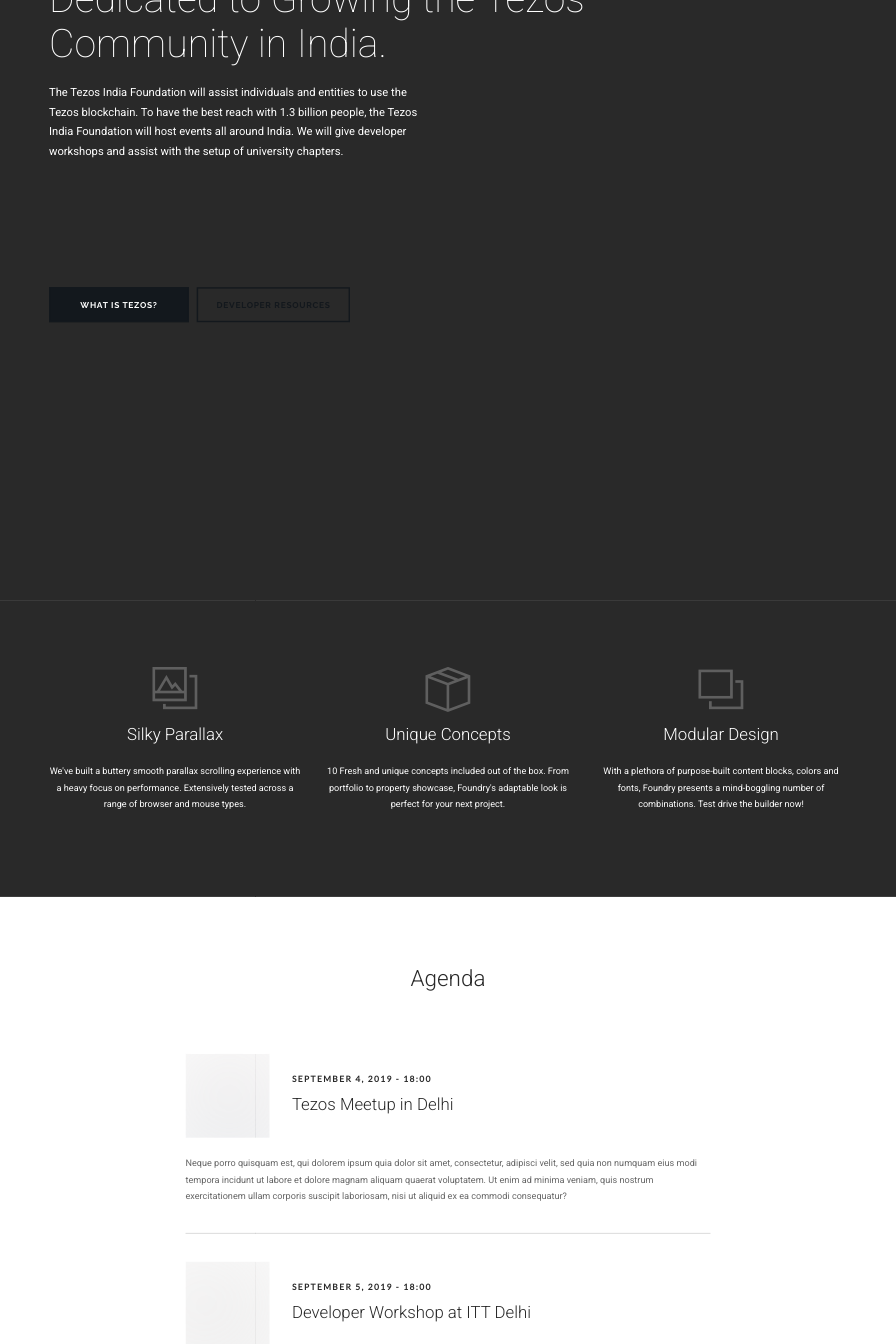
Repository: Tezos-India-Foundation/TIF-Website
Page: Tezos India Website/page.html
An editor plug-in stored every save of this project. The page is shown before and after the next save, followed by the edit.
The browser window is 1280 px wide. The pictures show the part of the page from y = 356 to 2276 px (the page is 3913 px tall before and 3753 px after), at 70% of full size.

Above is the page before, as saved 2019-08-06 16:04:42.

After the next save:
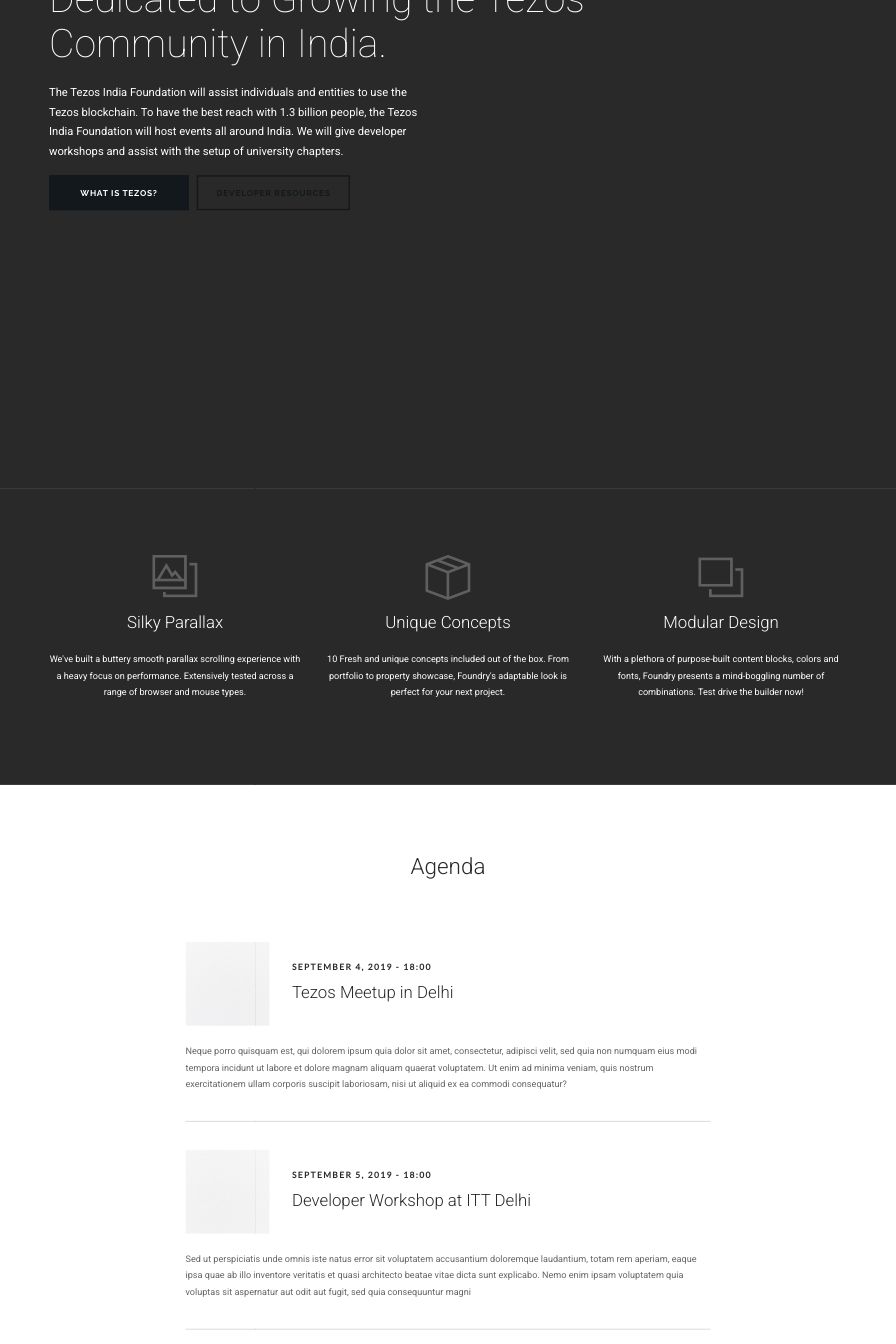
Saved 28 s later.
--- a/Tezos India Website/page.html
+++ b/Tezos India Website/page.html
@@ -183,7 +183,7 @@
 					</div>
 				</div>
 
-				<div class="row mb160 mb-xs-0">
+				<div class="row  mb-xs-0">
 					<div class="col-md-6 col-sm-8">
 						<p class="lead">The Tezos India Foundation will assist individuals and
 							entities to use the Tezos blockchain. To have the best reach with 1.3 billion
